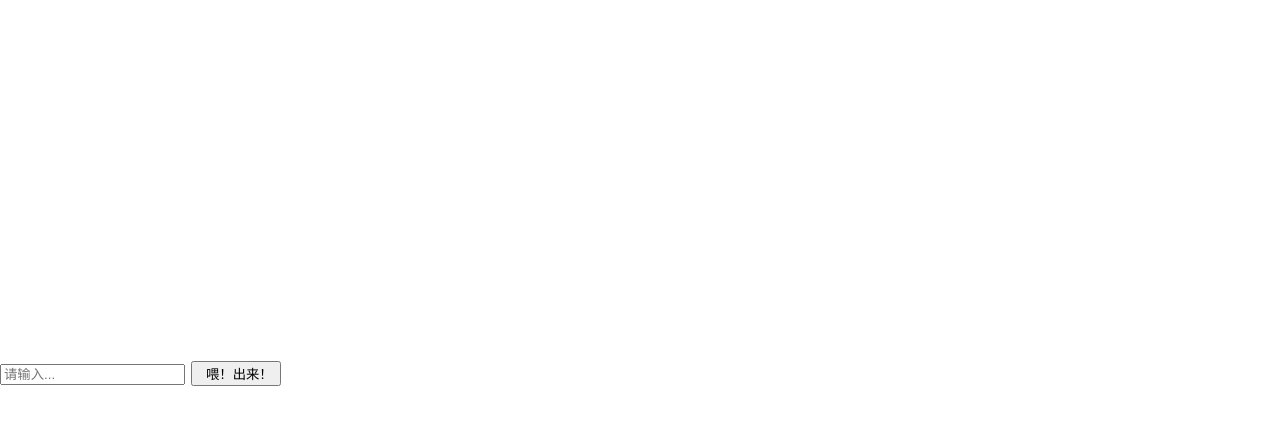
Repository: StarunneR/one-page
Page: index.html
The author's editor kept a copy of each file at every save. The page is drawn from the files as they stood at one save, then again after the next save.
The browser window is 1280 px wide. The pictures show the whole page.

Above is the page before, as saved 2022-01-08 18:42:36.

### index.html
<!doctype html>
<html lang="zh">

<head>
    <meta charset="utf-8" />
    <title>浊池留言板</title>
    <script src="waline/waline.js"></script>
    <link rel="shortcut icon" href="./favicon.ico" />
    <link href="static/css/main.css" rel="stylesheet" type="text/css" />
</head>

<body>
    <div class="front_page">
        <input type="text" placeholder="请输入..." name="" id="page" value="" />
        <button onclick="visit()">&nbsp;&nbsp;喂！出来！</button>
        <script>
            function visit() {
                window.location.href = document.getElementById("page").value;
            };
        </script>
    </div>
</body>

</html>

### static/css/main.css
body {
  margin: auto;
  padding: auto;
  font-family: -apple-system, BlinkMacSystemFont, "Segoe UI", "Roboto", "Oxygen",
    "Ubuntu", "Cantarell", "Fira Sans", "Droid Sans", "Helvetica Neue",
    sans-serif;
  -webkit-font-smoothing: antialiased;
  -moz-osx-font-smoothing: grayscale;
}
a {
  text-decoration: none;
  color: #000;
}
.app {
  background: #c0edc6;
  max-width: 720px;
  margin: 0 auto;
  padding-bottom: 2rem;
}
.app__header {
  font-size: 1.2rem;
  color: #2e352e;
  border-top: 1px solid transparent;
  border-bottom: 1px solid transparent;
  box-sizing: border-box;
}
html {
  font-size: 14px;
}
@media screen and (min-width: 321px) and (max-width: 375px) {
  html {
    font-size: 14px;
  }
body {
    text-align: center;
    min-height: 0px;
}

}
@media screen and (min-width: 376px) and (max-width: 414px) {
  html {
    font-size: 15px;
  }
}
@media screen and (min-width: 415px) and (max-width: 639px) {
  html {
    font-size: 16px;
  }
}
@media screen and (min-width: 640px) and (max-width: 719px) {
  html {
    font-size: 17px;
  }
}
@media screen and (min-width: 720px) and (max-width: 749px) {
  html {
    font-size: 18px;
  }
}
@media screen and (min-width: 750px) and (max-width: 799px) {
  html {
    font-size: 20px;
  }
}
@media screen and (min-width: 800px) {
  html {
    font-size: 20px;
  }
}
.front_page {
  text-align: center;
  position: absolute;
  top: 50%;
}

Loaded but not shown: waline/waline.js (library)

After the next save:
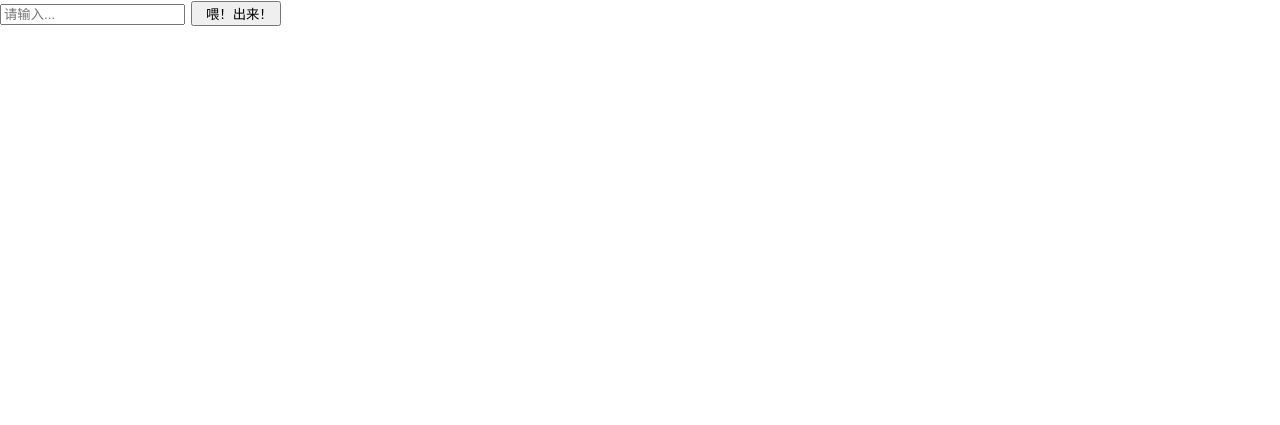
Saved 2 min 59 s later.
--- a/static/css/main.css
+++ b/static/css/main.css
@@ -70,5 +70,5 @@ body {
 .front_page {
   text-align: center;
   position: absolute;
-  top: 50%;
+  margin: auto
 }
